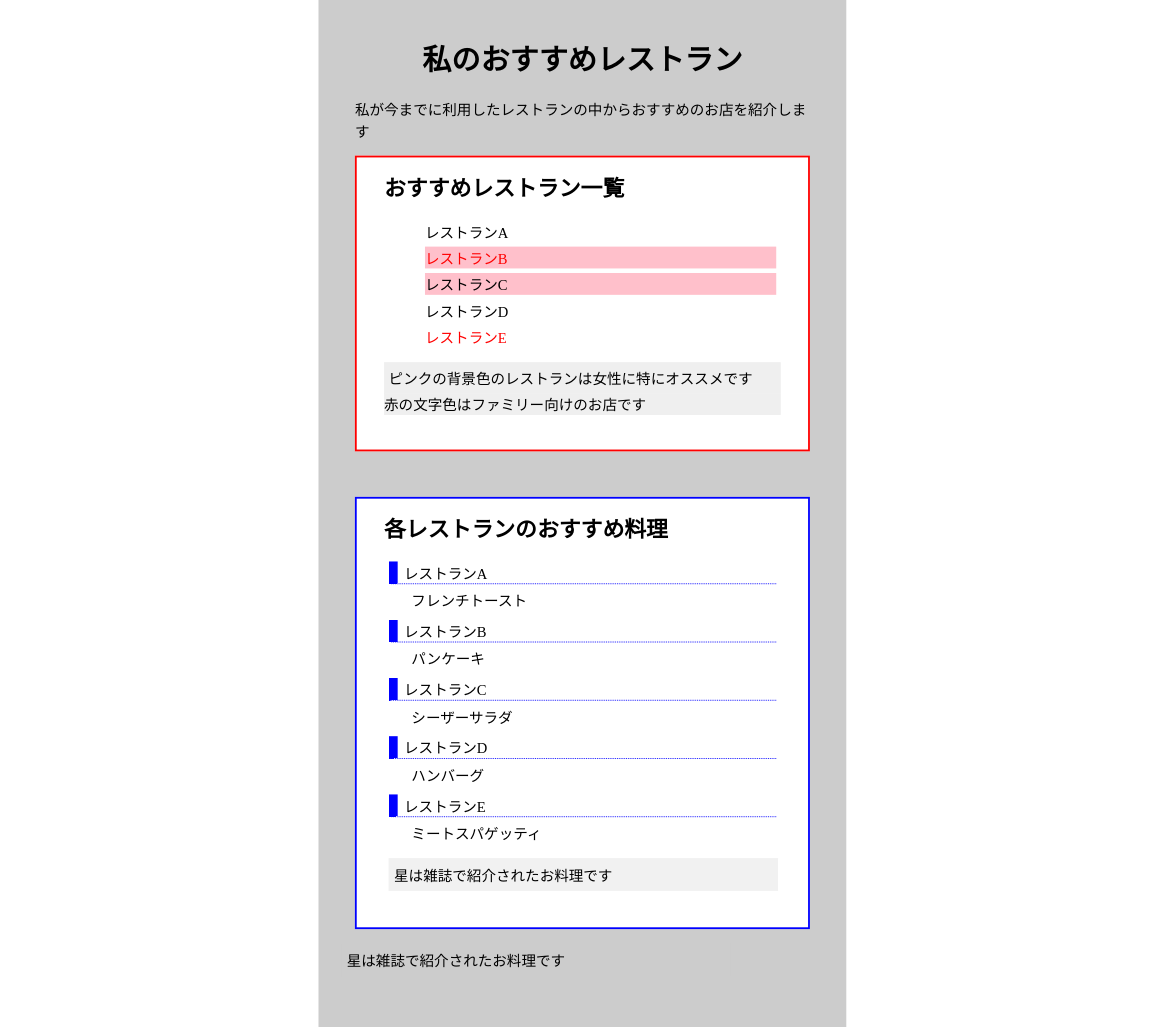
Repository: tsubasa2/restaurant
Page: 2021.2.html
The author's editor kept a record of every edit. The page is drawn from the files as they stood at one moment, then again after the next edit.
The browser window is 1280 px wide. The pictures show the whole page, at 91% of full size.

Above is the page before.

After the next edit:
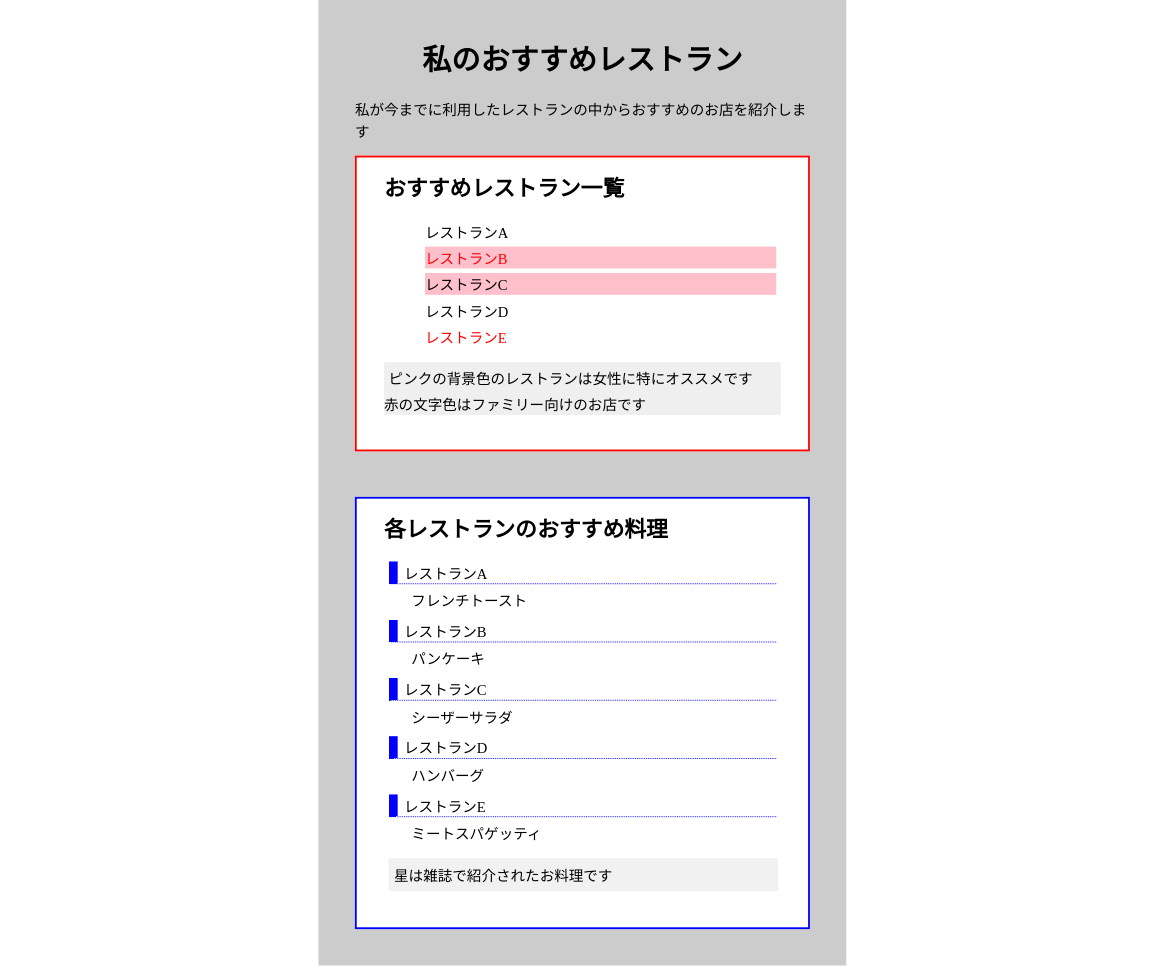
The edit:
--- a/2021.2.html
+++ b/2021.2.html
@@ -41,9 +41,6 @@
                     <p id="sentence">星は雑誌で紹介されたお料理です</p>
                 </div>
             </div>
-            <div id="sentence">
-                <p id="sentence">星は雑誌で紹介されたお料理です</p>
-            </div>
         </div>
     </body>
 </html>
